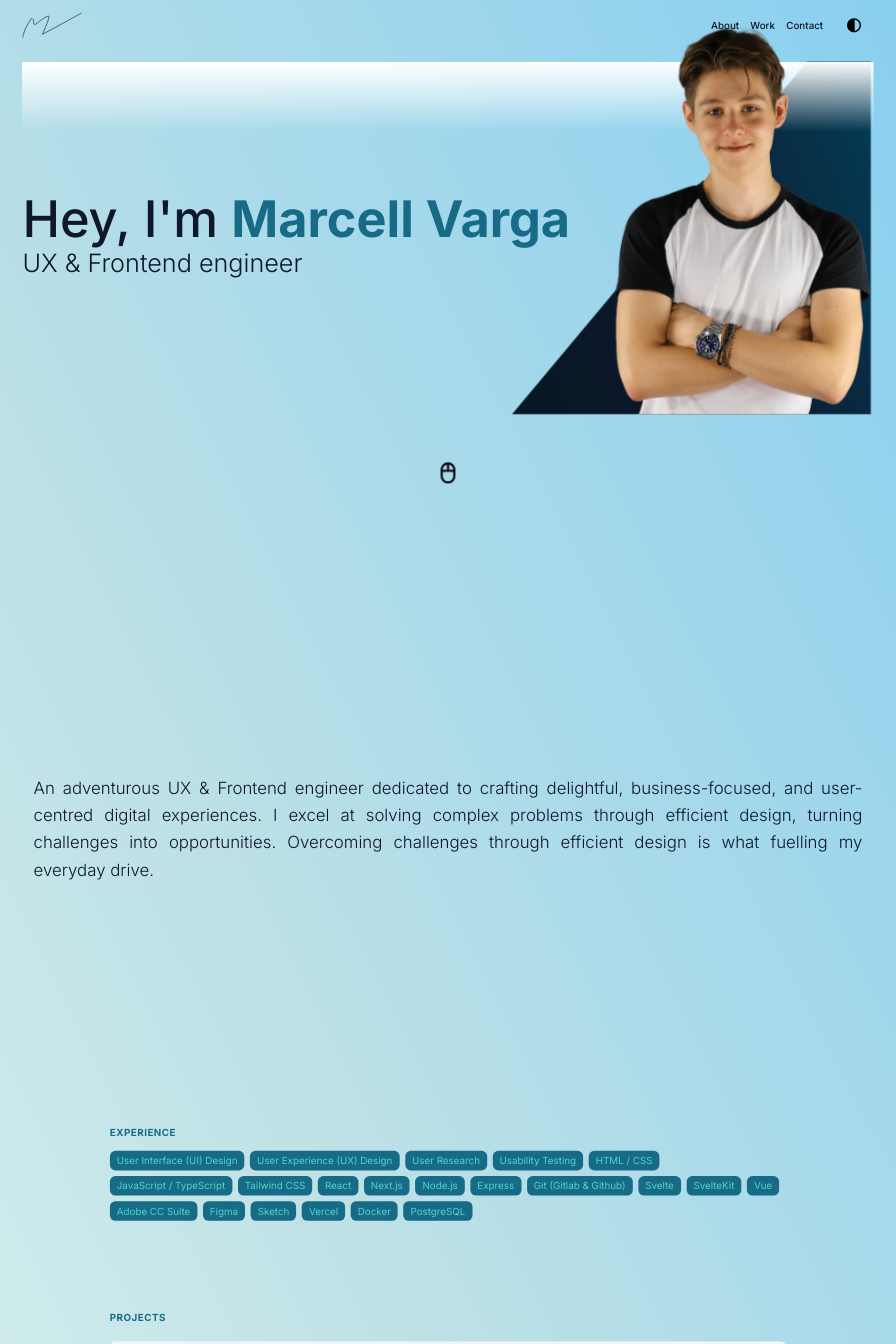
Repository: TheMarcellVarga/personal-portfolio-v.2
Page: /
The author's editor kept a copy of each file at every save. The page is drawn from the files as they stood at one save, then again after the next save.
The browser window is 1280 px wide. The pictures show the part of the page from y = 0 to 1920 px (the page is 4294 px tall), at 70% of full size.
The project was rebuilt for these pictures with package versions that can differ from the ones it lists, and the page was loaded fresh each time. The framework's server and built-in components were replaced by stand-ins that run in the browser. Also part of the build but not shown: next.config.mjs.

Above is the page before, as saved 2024-07-19 00:23:51.

### app/layout.tsx
import type { Metadata } from "next";
import { Inter } from "next/font/google";
import "./globals.css";

const inter = Inter({ subsets: ["latin"] });

export const metadata: Metadata = {
  title: {
    template: "%s | Marcell Varga",
    default: "Marcell Varga",
  },
  description: "Marcell Varga Portfolio | UX & Frontend Engineer",
};
export default function RootLayout({
  children,
}: Readonly<{
  children: React.ReactNode;
}>) {
  return (
    <html lang="en">
      <body className={inter.className}>{children}</body>
    </html>
  );
}

### app/globals.css
@tailwind base;
@tailwind components;
@tailwind utilities;

/* :root {
  --foreground-rgb: 0, 0, 0;
  --background-start-rgb: 214, 219, 220;
  --background-end-rgb: 255, 255, 255;
}

@media (prefers-color-scheme: dark) {
  :root {
    --foreground-rgb: 255, 255, 255;
    --background-start-rgb: 0, 0, 0;
    --background-end-rgb: 0, 0, 0;
  }
}

body {
  color: rgb(var(--foreground-rgb));
  background: linear-gradient(
      to bottom,
      transparent,
      rgb(var(--background-end-rgb))
    )
    rgb(var(--background-start-rgb));
}

@layer utilities {
  .text-balance {
    text-wrap: balance;
  }
} */

/* Light mode */
body {
  background-color: white;
  color: black;
}

/* Dark mode */
.dark body {
  background-color: black;
  color: white;
}

/* globals.css */
.svg-pink {
  fill: pink;
}

/* In your CSS file */
.light .dark-mode-icon {
  fill: #ffffff
}

.dark .dark-mode-icon {
  fill: #ffffff; /* Dark mode color */
}

@-webkit-keyframes animate-svg-stroke-1 {
  0% {
    stroke-dashoffset: 210.06117248535156px;
    stroke-dasharray: 210.06117248535156px;
  }

  100% {
    stroke-dashoffset: 420.1223449707031px;
    stroke-dasharray: 210.06117248535156px;
  }
}

@keyframes animate-svg-stroke-1 {
  0% {
    stroke-dashoffset: 210.06117248535156px;
    stroke-dasharray: 210.06117248535156px;
  }

  100% {
    stroke-dashoffset: 420.1223449707031px;
    stroke-dasharray: 210.06117248535156px;
  }
}

.svg-elem-1 {
  -webkit-animation: animate-svg-stroke-1 1s ease-in-out 1s both;
  animation: animate-svg-stroke-1 1s ease-in-out 1s both;
}

@-webkit-keyframes animate-svg-stroke-2 {
  0% {
    stroke-dashoffset: 798.271240234375px;
    stroke-dasharray: 798.271240234375px;
  }

  100% {
    stroke-dashoffset: 1596.54248046875px;
    stroke-dasharray: 798.271240234375px;
  }
}

@keyframes animate-svg-stroke-2 {
  0% {
    stroke-dashoffset: 798.271240234375px;
    stroke-dasharray: 798.271240234375px;
  }

  100% {
    stroke-dashoffset: 1596.54248046875px;
    stroke-dasharray: 798.271240234375px;
  }
}

.svg-elem-2 {
  -webkit-animation: animate-svg-stroke-2 1s ease-in-out 1.12s both;
  animation: animate-svg-stroke-2 1s ease-in-out 1.12s both;
}

@-webkit-keyframes animate-svg-stroke-3 {
  0% {
    stroke-dashoffset: 2px;
    stroke-dasharray: 2px;
  }

  100% {
    stroke-dashoffset: 4px;
    stroke-dasharray: 2px;
  }
}

@keyframes animate-svg-stroke-3 {
  0% {
    stroke-dashoffset: 2px;
    stroke-dasharray: 2px;
  }

  100% {
    stroke-dashoffset: 4px;
    stroke-dasharray: 2px;
  }
}

.svg-elem-3 {
  -webkit-animation: animate-svg-stroke-3 1s ease-in-out 1.24s both;
  animation: animate-svg-stroke-3 1s ease-in-out 1.24s both;
}

/* CSS for the overlay */
.nav-overlay {
  position: fixed;
  top: 0;
  right: 0;
  width: 80%; /* Adjust the width as needed */
  height: 100%;
  background-color: rgba(23, 107, 135, 1); /* Semi-transparent background */
  transform: translateX(100%); /* Hidden off-screen to the right */
  transition: transform 0.3s ease-out; /* Smooth transition */
  display: flex;
  flex-direction: column;
  justify-content: space-between; /* Pushes the button to the bottom */
  align-items: center;
  padding: 2rem;
  z-index: 2;
 }

 .nav-overlay.open {
  transform: translateX(0); /* Slide in from the right */
 }

/* Hamburger menu with increased z-index when open */
.md\:hidden {
  cursor: pointer;
  z-index: 2; /* Default z-index */
}

.md\:hidden.open {
  z-index: 5; /* Increased z-index when open */
}

/* Hamburger menu lines */
.md\:hidden > div {
  transition: all 0.3s ease;
}

/* Top line of the hamburger menu */
.md\:hidden > div:nth-child(1) {
  transform-origin: center;
}

/* Middle line of the hamburger menu */
.md\:hidden > div:nth-child(2) {
  transform-origin: center;
}

/* Bottom line of the hamburger menu */
.md\:hidden > div:nth-child(3) {
  transform-origin: center;
}

/* Animation for the hamburger menu to become a cross */
.md\:hidden.open > div:nth-child(1) {
  transform: translateY(6px) rotate(45deg);
}

.md\:hidden.open > div:nth-child(2) {
  opacity: 0;
  transition: none !important; /* Ensures no transition */
}

.md\:hidden.open > div:nth-child(3) {
  transform: translateY(-6px) rotate(-45deg);
}

/* Hamburger menu with increased z-index when open */
.md\:hidden {
  cursor: pointer;
  z-index: 2; /* Default z-index */
}

.md\:hidden.open {
  z-index: 5; /* Increased z-index when open */
}

/* CSS for the close button */
.close-btn {
  position: absolute;
  top: 1rem;
  right: 1rem;
  background: none;
  border: none;
  font-size: 1.5rem;
  color: #fff;
  cursor: pointer;
}

/* globals.css */
.sticky-header {
  position: sticky;
  top: 0;
  z-index: 1000; /* Ensure the header stays on top of other content */
  overflow: visible;
}

.pink-svg {
  filter: hue-rotate(300deg); /* Adjust the degree value as needed */
}

@keyframes moveDown {
  0% {
    transform: translateY(0);
  }
  100% {
    transform: translateY(15px); /* Adjust the value as needed */
  }
}

.animate-moveDown {
  animation: moveDown 2s infinite alternate ease-in-out; /* Adjust the duration as needed */
}

.globe-container {
  display: flex;
  justify-content: center;
  align-items: center;
  width: 100%;
  height: 500px; /* Adjust based on your desired height */
}

.triangle-bg-svg {
  position: absolute;
  top: 0; /* Keeps it at the top */
  left: auto;
  right: 0;
  width: 55%; /* Adjust based on your needs */
  height: 100%; /* Adjust based on your needs */
  z-index: 1;
}



.dark-mode .triangle-bg-svg path:first-child {
  fill: #001822;
}

.light-mode .triangle-bg-svg path:first-child {
  fill: #F8F8F8;
}

.main-container::before,
.main-container::after {
  content: '';
  position: absolute;
  width: 100%;
  height: 100px; /* Adjust based on your design */
  z-index: 10; /* Ensure it's above other content but below the profile image */
}

.main-container::before {
  top: 0;
  background-image: linear-gradient(to bottom, rgba(255, 255, 255, 1), transparent); /* Fades to transparent */
}

.main-container::after {
  bottom: 0;
  background-image: linear-gradient(to top, rgba(255, 255, 255, 0), transparent); /* Fades to transparent */
}

### public/icons/openResume.tsx
import React from "react";

interface IconProps {
  isDarkMode: boolean;
  isHover: boolean;
}

const DarkModeIcon: React.FC<IconProps> = ({ isDarkMode, isHover }) => {
  return (
    <svg
      xmlns="http://www.w3.org/2000/svg"
      width="14"
      height="14"
      viewBox="0 0 512 512"
    >
      <path
        fill={
          isHover && isDarkMode
            ? "#4FD5CC"
            : isHover
            ? "#176B87"
            : isDarkMode
            ? "white"
            : "black"
        }
        d="M320 0c-17.7 0-32 14.3-32 32s14.3 32 32 32h82.7L201.4 265.4c-12.5 12.5-12.5 32.8 0 45.3s32.8 12.5 45.3 0L448 109.3V192c0 17.7 14.3 32 32 32s32-14.3 32-32V32c0-17.7-14.3-32-32-32H320zM80 32C35.8 32 0 67.8 0 112V432c0 44.2 35.8 80 80 80H400c44.2 0 80-35.8 80-80V320c0-17.7-14.3-32-32-32s-32 14.3-32 32V432c0 8.8-7.2 16-16 16H80c-8.8 0-16-7.2-16-16V112c0-8.8 7.2-16 16-16H192c17.7 0 32-14.3 32-32s-14.3-32-32-32H80z"
      />
    </svg>
  );
};

export default DarkModeIcon;

### public/icons/mouseScroll.tsx
import React from "react";

interface IconProps {
  isDarkMode: boolean;
  isOpen: boolean;
}

const MouseScrollIcon: React.FC<IconProps> = ({ isDarkMode, isOpen }) => {
  return (
    <svg
      className="animate-moveDown"
      width="36"
      height="36"
      viewBox="0 0 36 36"
      fill="none"
      xmlns="http://www.w3.org/2000/svg"
    >
      <path
        d="M18 32.9999C15.1 32.9999 12.625 31.9749 10.575 29.9249C8.525 27.8749 7.5 25.3999 7.5 22.4999V13.4999C7.5 10.5999 8.525 8.12494 10.575 6.07494C12.625 4.02494 15.1 2.99994 18 2.99994C20.9 2.99994 23.375 4.02494 25.425 6.07494C27.475 8.12494 28.5 10.5999 28.5 13.4999V22.4999C28.5 25.3999 27.475 27.8749 25.425 29.9249C23.375 31.9749 20.9 32.9999 18 32.9999ZM19.5 13.4999H25.5C25.5 11.6999 24.9313 10.1124 23.7938 8.73744C22.6563 7.36244 21.225 6.49994 19.5 6.14994V13.4999ZM10.5 13.4999H16.5V6.14994C14.775 6.49994 13.3438 7.36244 12.2063 8.73744C11.0688 10.1124 10.5 11.6999 10.5 13.4999ZM18 29.9999C20.075 29.9999 21.8438 29.2687 23.3063 27.8062C24.7688 26.3437 25.5 24.5749 25.5 22.4999V16.4999H10.5V22.4999C10.5 24.5749 11.2313 26.3437 12.6938 27.8062C14.1563 29.2687 15.925 29.9999 18 29.9999Z"
        fill={isOpen ? "white" : isDarkMode ? "white" : "black"}
      />
    </svg>
  );
};

export default MouseScrollIcon;

### app/useWindowSize.tsx
import { useState, useEffect } from "react";

const useWindowSize = () => {
  const [windowSize, setWindowSize] = useState({
    width: undefined as number | undefined,
    height: undefined as number | undefined,
  });

  useEffect(() => {
    // Check if window object is available
    if (typeof window!== "undefined") {
      const handleResize = () => {
        setWindowSize({
          width: window.innerWidth * 0.6,
          height: window.innerHeight * 0.6,
        });
      };

      window.addEventListener("resize", handleResize);
      handleResize();

      return () => window.removeEventListener("resize", handleResize);
    }
  }, []);

  return windowSize;
};

export default useWindowSize;

### app/footer.tsx
"use client";

import GitHubIcon from "@/public/icons/github";
import LinkedInIcon from "@/public/icons/linkedin";
import Link from "next/link";

interface FooterProps {
  isDarkMode: boolean;
  setIsDarkMode: (isDarkMode: boolean) => void;
  isOpen: boolean;
  setIsOpen: (isOpen: boolean) => void;
}

const Footer: React.FC<FooterProps> = ({ isDarkMode, isOpen }) => {
  return (
    <div className="flex w-full flex-row justify-between items-center px-4">
      <div className="flex w-full opacity-50 text-sm">© 2024 Marcell Varga</div>
      <div className="flex space-x-4">
        <Link href="https://www.linkedin.com/in/marcellvarga/">
          {/* <Image
            src="/icons/linkedin.svg"
            alt="Linkedin Icon"
            width={24}
            height={24}
          /> */}
          <LinkedInIcon isDarkMode={isDarkMode} isOpen={isOpen} />
        </Link>
        <Link href="https://github.com/TheMarcellVarga">
          {/* <Image
            src="/icons/github.svg"
            alt="GitHub Icon"
            width={24}
            height={24}
          /> */}
          <GitHubIcon isDarkMode={isDarkMode} isOpen={isOpen} />
        </Link>
      </div>
    </div>
  );
};

export default Footer;

### public/icons/darkMode.tsx
import React from "react";

interface IconProps {
  isDarkMode: boolean;
  isOpen: boolean;
}

const DarkModeIcon: React.FC<IconProps> = ({ isDarkMode, isOpen }) => {
  return (
    <svg
      xmlns="http://www.w3.org/2000/svg"
      height="24px"
      viewBox="0 -960 960 960"
      width="24px"
      fill="none"
    >
      <path
        fill={isOpen ? "white" : isDarkMode ? "white" : "black"}
        d="M480-80q-83 0-156-31.5T197-197q-54-54-85.5-127T80-480q0-83 31.5-156T197-763q54-54 127-85.5T480-880q83 0 156 31.5T763-763q54 54 85.5 127T880-480q0 83-31.5 156T763-197q-54 54-127 85.5T480-80Zm40-83q119-15 199.5-104.5T800-480q0-123-80.5-212.5T520-797v634Z"
      />
    </svg>
  );
};

export default DarkModeIcon;

### public/icons/indexSigAnimated.tsx
import React from "react";

interface IconProps {
  isDarkMode: boolean;
  isOpen: boolean;
}

const IndexSigAnimatedIcon: React.FC<IconProps> = ({ isDarkMode, isOpen }) => {
  return (
    <svg
      className="svg-elem-1"
      width="85"
      height="37"
      viewBox="0 0 85 37"
      fill="none"
      xmlns="http://www.w3.org/2000/svg"
    >
      <g clipPath="url(#clip0_18_152)">
        <path
          stroke={isOpen ? "#053B50" : isDarkMode ? "white" : "#053B50"}
          strokeLinecap="round"
          strokeLinejoin="round"
          d="M0.396973 36.3291C0.396973 36.3291 1.80464 21.811 13.6633 7.89246"
        />
        <path
          stroke={isOpen ? "#053B50" : isDarkMode ? "white" : "#053B50"}
          strokeLinecap="round"
          strokeLinejoin="round"
          d="M84.6029 0.378418C83.4907 1.72562 28.5188 31.0478 28.5188 31.0478C34.2765 18.2493 39.5275 5.38881 37.4414 4.87415C37.3274 4.8523 37.2096 4.85749 37.0982 4.88928C31.574 6.017 19.8186 16.4677 17.715 17.2805C17.665 17.3015 17.6107 17.3113 17.5561 17.3093C16.4821 17.2881 15.8514 13.5856 15.4907 9.68776"
        />
      </g>
      <defs>
        <clipPath id="clip0_18_152">
          <rect width="85" height="36.7076" fill="white" />
        </clipPath>
      </defs>
    </svg>
  );
};

export default IndexSigAnimatedIcon;

### public/icons/github.tsx
import React from "react";

interface IconProps {
  isDarkMode: boolean;
  isOpen: boolean;
}

const GitHubIcon: React.FC<IconProps> = ({ isDarkMode, isOpen }) => {
  return (
    <svg
      width="24"
      height="24"
      viewBox="0 0 24 24"
      fill="none"
      xmlns="http://www.w3.org/2000/svg"
    >
      <g clip-path="url(#clip0_21_650)">
        <path
          d="M8.52656 18.6281C8.52656 18.7219 8.41875 18.7969 8.28281 18.7969C8.12812 18.8109 8.02031 18.7359 8.02031 18.6281C8.02031 18.5344 8.12813 18.4594 8.26406 18.4594C8.40469 18.4453 8.52656 18.5203 8.52656 18.6281ZM7.06875 18.4172C7.03594 18.5109 7.12969 18.6187 7.27031 18.6469C7.39219 18.6937 7.53281 18.6469 7.56094 18.5531C7.58906 18.4594 7.5 18.3516 7.35938 18.3094C7.2375 18.2766 7.10156 18.3234 7.06875 18.4172ZM9.14062 18.3375C9.00469 18.3703 8.91094 18.4594 8.925 18.5672C8.93906 18.6609 9.06094 18.7219 9.20156 18.6891C9.3375 18.6562 9.43125 18.5672 9.41719 18.4734C9.40312 18.3844 9.27656 18.3234 9.14062 18.3375ZM12.225 0.375C5.72344 0.375 0.75 5.31094 0.75 11.8125C0.75 17.0109 4.02188 21.4594 8.69531 23.025C9.29531 23.1328 9.50625 22.7625 9.50625 22.4578C9.50625 22.1672 9.49219 20.5641 9.49219 19.5797C9.49219 19.5797 6.21094 20.2828 5.52188 18.1828C5.52188 18.1828 4.9875 16.8187 4.21875 16.4672C4.21875 16.4672 3.14531 15.7312 4.29375 15.7453C4.29375 15.7453 5.46094 15.8391 6.10312 16.9547C7.12969 18.7641 8.85 18.2437 9.52031 17.9344C9.62813 17.1844 9.93281 16.6641 10.2703 16.3547C7.65 16.0641 5.00625 15.6844 5.00625 11.175C5.00625 9.88594 5.3625 9.23906 6.1125 8.41406C5.99062 8.10938 5.59219 6.85312 6.23438 5.23125C7.21406 4.92656 9.46875 6.49688 9.46875 6.49688C10.4062 6.23438 11.4141 6.09844 12.4125 6.09844C13.4109 6.09844 14.4188 6.23438 15.3563 6.49688C15.3563 6.49688 17.6109 4.92188 18.5906 5.23125C19.2328 6.85781 18.8344 8.10938 18.7125 8.41406C19.4625 9.24375 19.9219 9.89062 19.9219 11.175C19.9219 15.6984 17.1609 16.0594 14.5406 16.3547C14.9719 16.725 15.3375 17.4281 15.3375 18.5297C15.3375 20.1094 15.3234 22.0641 15.3234 22.4484C15.3234 22.7531 15.5391 23.1234 16.1344 23.0156C20.8219 21.4594 24 17.0109 24 11.8125C24 5.31094 18.7266 0.375 12.225 0.375ZM5.30625 16.5422C5.24531 16.5891 5.25938 16.6969 5.33906 16.7859C5.41406 16.8609 5.52187 16.8938 5.58281 16.8328C5.64375 16.7859 5.62969 16.6781 5.55 16.5891C5.475 16.5141 5.36719 16.4812 5.30625 16.5422ZM4.8 16.1625C4.76719 16.2234 4.81406 16.2984 4.90781 16.3453C4.98281 16.3922 5.07656 16.3781 5.10938 16.3125C5.14219 16.2516 5.09531 16.1766 5.00156 16.1297C4.90781 16.1016 4.83281 16.1156 4.8 16.1625ZM6.31875 17.8312C6.24375 17.8922 6.27187 18.0328 6.37969 18.1219C6.4875 18.2297 6.62344 18.2437 6.68437 18.1688C6.74531 18.1078 6.71719 17.9672 6.62344 17.8781C6.52031 17.7703 6.37969 17.7563 6.31875 17.8312ZM5.78438 17.1422C5.70937 17.1891 5.70937 17.3109 5.78438 17.4188C5.85938 17.5266 5.98594 17.5734 6.04688 17.5266C6.12187 17.4656 6.12187 17.3438 6.04688 17.2359C5.98125 17.1281 5.85938 17.0813 5.78438 17.1422Z"
          fill={isOpen ? "white" : isDarkMode ? "white" : "black"}
        />
      </g>
      <defs>
        <clipPath id="clip0_21_650">
          <rect
            width="23.25"
            height="24"
            fill={isOpen ? "white" : isDarkMode ? "white" : "black"}
            transform="translate(0.75)"
          />
        </clipPath>
      </defs>
    </svg>
  );
};

export default GitHubIcon;

### public/icons/linkedin.tsx
import React from "react";

interface LinkedInIconProps {
  isDarkMode: boolean;
  isOpen: boolean;
}

const LinkedInIcon: React.FC<LinkedInIconProps> = ({ isDarkMode, isOpen }) => {
  return (
    <svg
      width="22"
      height="22"
      viewBox="0 0 22 22"
      fill="none"
      xmlns="http://www.w3.org/2000/svg"
    >
      <path
        d="M20.25 0.5H2.24531C1.42031 0.5 0.75 1.17969 0.75 2.01406V19.9859C0.75 20.8203 1.42031 21.5 2.24531 21.5H20.25C21.075 21.5 21.75 20.8203 21.75 19.9859V2.01406C21.75 1.17969 21.075 0.5 20.25 0.5ZM7.09687 18.5H3.98438V8.47812H7.10156V18.5H7.09687ZM5.54062 7.10938C4.54219 7.10938 3.73594 6.29844 3.73594 5.30469C3.73594 4.31094 4.54219 3.5 5.54062 3.5C6.53437 3.5 7.34531 4.31094 7.34531 5.30469C7.34531 6.30312 6.53906 7.10938 5.54062 7.10938ZM18.7641 18.5H15.6516V13.625C15.6516 12.4625 15.6281 10.9672 14.0344 10.9672C12.4125 10.9672 12.1641 12.2328 12.1641 13.5406V18.5H9.05156V8.47812H12.0375V9.84687H12.0797C12.4969 9.05937 13.5141 8.22969 15.0281 8.22969C18.1781 8.22969 18.7641 10.3062 18.7641 13.0062V18.5Z"
        fill={isOpen ? "white" : isDarkMode ? "white" : "black"}
      />
    </svg>
  );
};

export default LinkedInIcon;

### tailwind.config.ts
import type { Config } from "tailwindcss";

const config: Config = {
  content: [
    "./pages/**/*.{js,ts,jsx,tsx,mdx}",
    "./components/**/*.{js,ts,jsx,tsx,mdx}",
    "./app/**/*.{js,ts,jsx,tsx,mdx}",
  ],
  theme: {
    extend: {
      backgroundImage: {
        'gradient-dark': 'linear-gradient(243deg, #02425C 0%, #0F172A 47.5%, #001822 100%)',
        'gradient-light': 'linear-gradient(243deg, #89CFF0 0%, #BEE1E6 47.5%, #F0FFF7 100%)', // Light gradient added here
      },
      backdropBlur: {
        'blur': 'blur(10px)',
      },
      backgroundColor: {
        "custom-light": "#D9D9D9",
      },
      colors: {
        "custom-blue": "#176B87",
        "custom-teal": "#4FD5CC",
      },
    },
  },
  variants: {
    extend: {},
  },
  darkMode: "class", // Ensure dark mode is enabled
  plugins: [],
};

export default config;

Loaded but not shown: app/page.tsx (566 lines, source omitted); app/header.tsx (209 lines, source omitted)

After the next save:
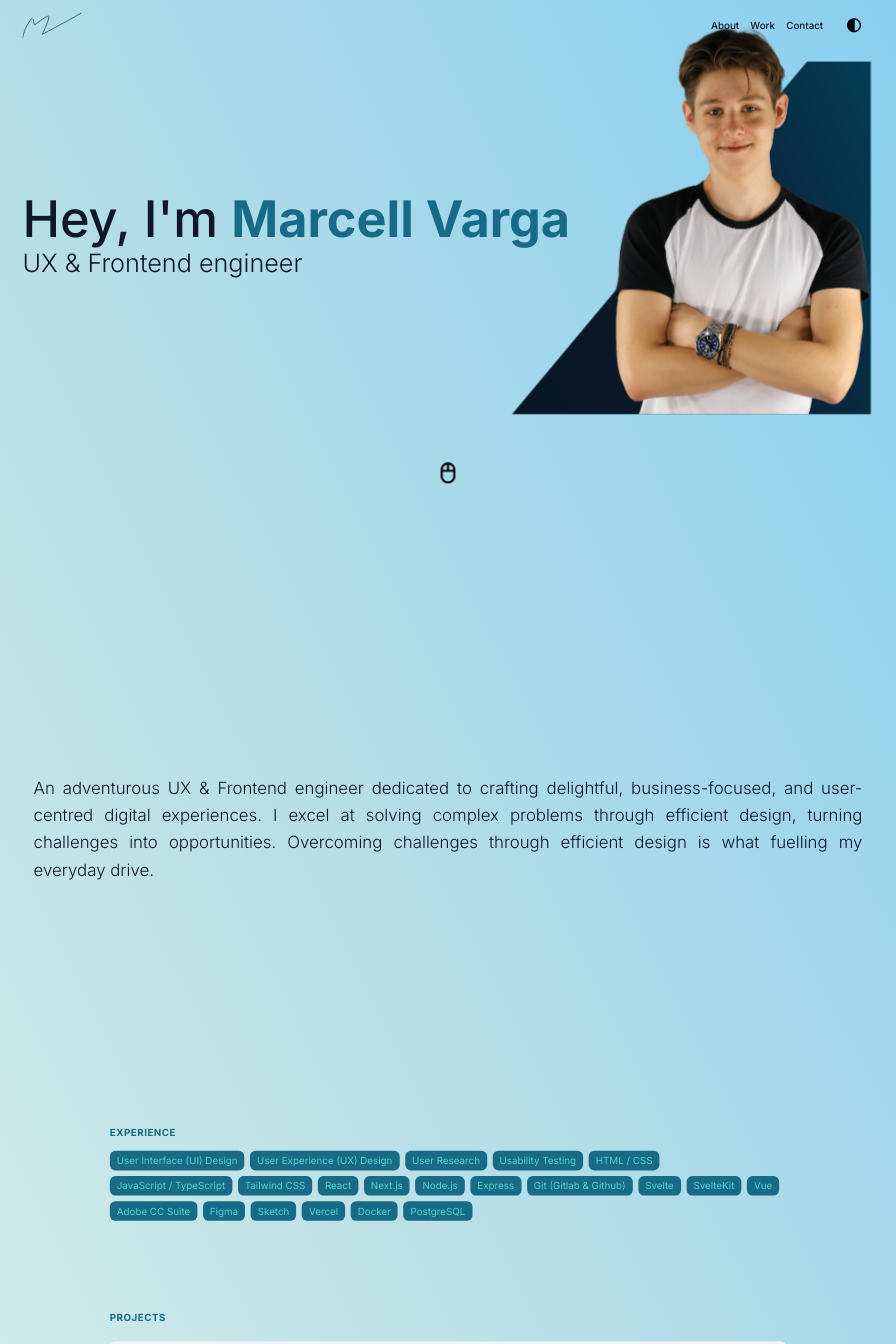
Saved 4 s later.
--- a/app/globals.css
+++ b/app/globals.css
@@ -297,7 +297,7 @@ body {
 
 .main-container::before {
   top: 0;
-  background-image: linear-gradient(to bottom, rgba(255, 255, 255, 1), transparent); /* Fades to transparent */
+  background-image: linear-gradient(to bottom, rgba(255, 255, 255, 0), transparent); /* Fades to transparent */
 }
 
 .main-container::after {
